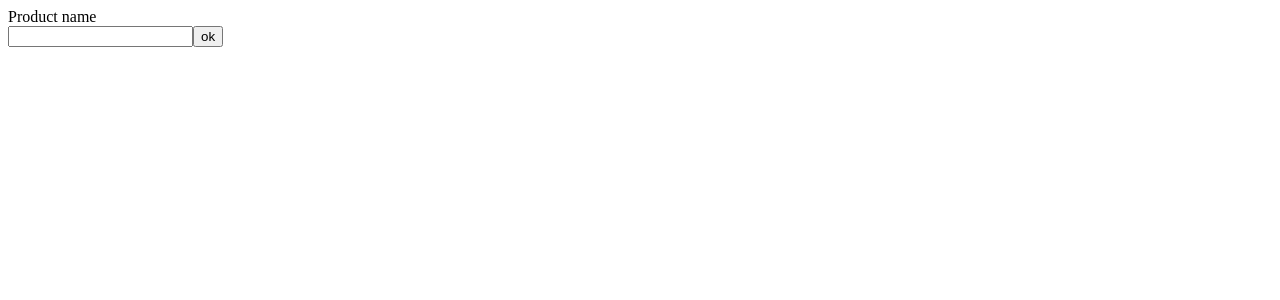
Repository: OlexandraKovach2/Vue
Page: / (app in vuexam/brila-exam/)
These files come from the project's save history. The page is drawn as it stood at one moment and after the next save; the edit follows.
The browser window is 1280 px wide. The pictures show the whole page.
The project was rebuilt for these pictures with package versions that can differ from the ones it lists, and the page was loaded fresh each time. Also part of the build but not shown: vuexam/brila-exam/vue.config.js.

Above is the page before, as saved 2022-11-08 21:36:58.

After the next save:
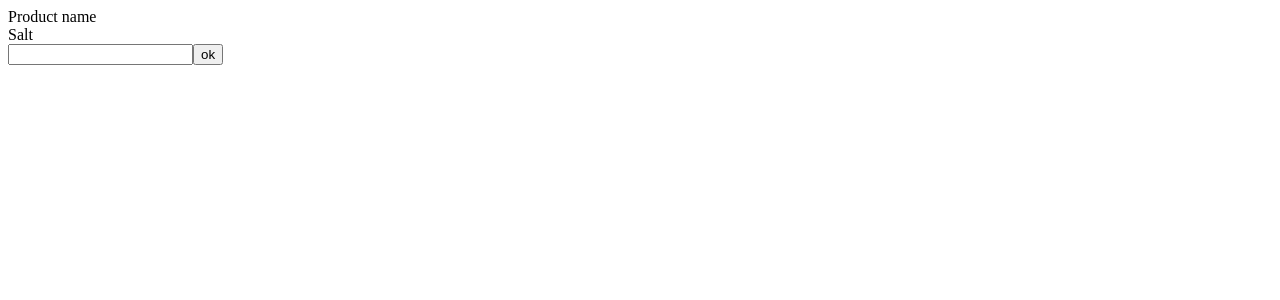
Saved 13 s later.
--- a/vuexam/brila-exam/src/components/ObjectTable/ObjectBase.vue
+++ b/vuexam/brila-exam/src/components/ObjectTable/ObjectBase.vue
@@ -2,6 +2,7 @@
     <div>
         <div class="info-row">
             <div>Product name</div>
+            <div>{{name}}</div>
         </div>
     </div>
 </template>
